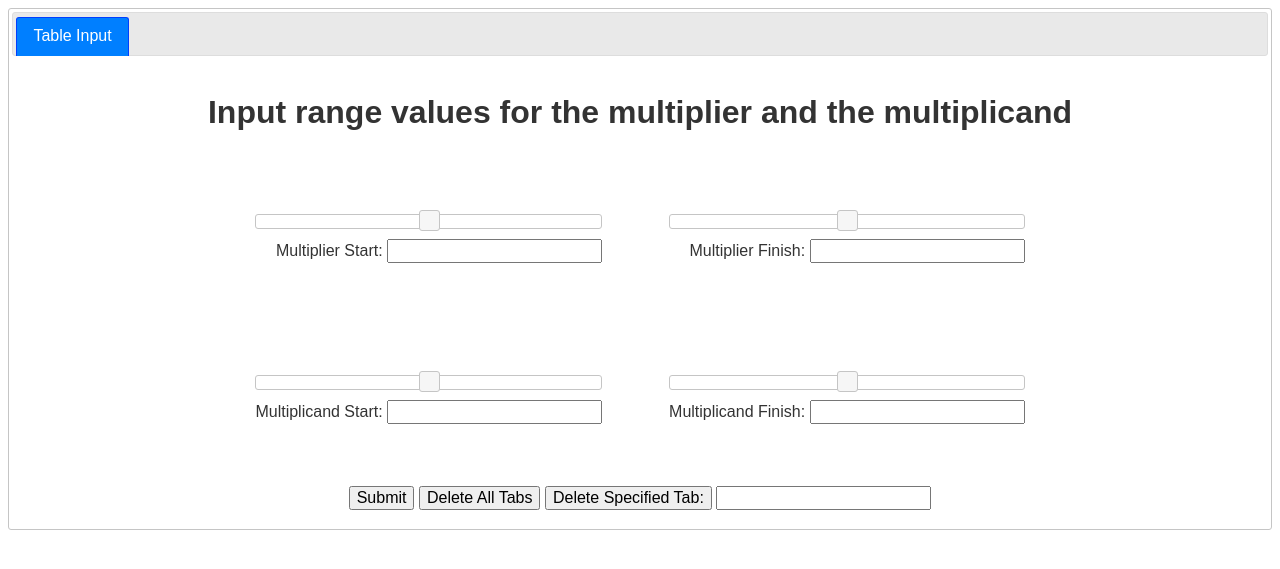
Repository: khrasna/HW4Part2
Page: index.html
These files come from the project's save history. The page is drawn as it stood at one moment and after the next save; the edit follows.
The browser window is 1280 px wide. The pictures show the whole page.
Some web libraries are served in a nearby version.

Above is the page before, as saved 2021-11-22 14:48:16.

### index.html
<!-- HTML file for Assignment 3
By Karsten Hrasna  email Karsten_Hrasna@student.uml.edu-->
<!DOCTYPE html>
<html>

<head>
    <title>Multiplication Table</title>
    <link rel="stylesheet" href="style.css">
    <script type="text/javascript" src="https://ajax.googleapis.com/ajax/libs/jquery/3.5.1/jquery.min.js"></script>
    <script type="text/javascript" src="dist/jquery.validate.min.js"></script>
    <script type="text/javascript" src="formvalidate.js"></script>
    <script type="text/javascript"
        src="https://ajax.googleapis.com/ajax/libs/jqueryui/1.11.4/jquery-ui.min.js"></script>
    <link rel="stylesheet" href="https://ajax.googleapis.com/ajax/libs/jqueryui/1.11.4/themes/smoothness/jquery-ui.css">
</head>

<body>

    <div id="tabs">
        <ul>
            <li><a href='#tab1'>Table Input</a></li>
        </ul>
        <div id="tab1">
            <h1>Input range values for the multiplier and the multiplicand</h1>
            <!-- Learned from W3schools. Creates a form which takes number ranges for multiplier and multiplicand. -->
            <form id="FormInput" action="javascript:void(0);" method="get">
                <!--Learned about javascript:void(0) from Dutchie432 at https://stackoverflow.com/questions/1818249/form-with-no-action-and-where-enter-does-not-reload-page-->
                <table>
                    <tr>

                        <td class="pad">
                            <div id="slider-1" class="refresh"></div>
                            Multiplier Start: <input input="text" class="refresh" name="MultiplierStart">
                        </td>

                        <td>
                            <div id="slider-2" class="refresh"></div>
                            Multiplier Finish: <input type="text" class="refresh" name="MultiplierFinish">
                        </td>
                    </tr>
                    <tr>
                        <td class="pad">
                            <div id="slider-3" class="refresh"></div>
                            Multiplicand Start: <input type="text" class="refresh" name="MultiplicandStart">
                        </td>

                        <td>
                            <div id="slider-4" class="refresh"></div>
                            Multiplicand Finish: <input type="text" class="refresh" name="MultiplicandFinish">
                        </td>
                    </tr>
                </table>
                <input type="submit" value="Submit">
                <input type="button" name="clear" value="Delete All Tabs">
                <input type="button" name="clearx" value="Delete Specified Tab:">
                <input type="text" name="clearinput">
                <!--goes directly under form and processes the input to create a mult table-->
            </form>
        </div>
    </div>


</body>

</html>

### style.css
/*Created by Karsten Hrasna. email: Karsten_Hrasna@student.uml.edu*/
html,
body {
    height: 97%;
    text-align: center;
}

#slider-1,
#slider-2,
#slider-3,
#slider-4 {
    margin-bottom: 10px;
    margin-top: 10px;
}

div#tab1 {
    display: grid;
    grid-template-columns: 100%;
    /* top row of grid holds the form for input, the rest of page holds the multiplication table*/
    grid-template-rows: auto;
    height: 97%;

}

#multTable {
    margin: auto;
    border-collapse: separate;
    border-spacing: 0;
    /*the dynamically sized multiplication table */
    margin-top: 0px;
    border-bottom: 0px;

}

input[type=submit] {
    /* submit button under form spaced here */
    margin-top: 10px;
    margin-bottom: 0px;
}

#multTable td,
th {
    border: solid;
    border-color: black;
    min-width: 70px;
    font-size: 30px;
    height: 70px;
}


#multTable th {
    position: sticky;
    top: 0px;
    border-right: solid;
    border-right-color: white;
    border-bottom: solid;
    border-bottom-color: white;
    background-color: black;
    color: white;

}

#multTable th:first-child {
    position: sticky;
    top: 70px;
    left: 0;
}


.sticky {
    position: fixed;
    top: 0px;
    /* get the headers to stay fixed on mult table */
    width: 100%;
}

#multTable tr:first-child th:first-child {
    border: none;
    background-color: white;
}

#multTable p.inputError {
    margin: 0px;
}

form {
    margin-bottom: 0px;
}

table {
    margin-left: auto;
    margin-right: auto;
}

form td {
    text-align: right;
    justify-content: right;
    padding: 50px;
    /*line up the input form textboxes*/
}

form p {
    margin: 0px;
}

td.pad {
    padding-right: 15px;
}

### formvalidate.js
var tabs;

$(function () {
    $("#tabs").tabs();

    $("#slider-1").slider({
        min: -50, //initialize the four sliders to set the values of their respective input boxes
        max: 50,
        slide: function (event, ui) {
            $('input[name="MultiplierStart"]').val(ui.value);
        }
    });
    $("#slider-2").slider({
        min: -50,
        max: 50,
        slide: function (event, ui) {
            $('input[name="MultiplierFinish"]').val(ui.value);
        }
    });
    $("#slider-3").slider({
        min: -50,
        max: 50,
        slide: function (event, ui) {
            $('input[name="MultiplicandStart"]').val(ui.value);
        }
    });
    $("#slider-4").slider({
        min: -50,
        max: 50,
        slide: function (event, ui) {
            $('input[name="MultiplicandFinish"]').val(ui.value);
        }
    });

    $('input[name="MultiplierStart"]').on('keyup', function () { //if the input boxes values are changed, set the slider to that value
        $("#slider-1").slider("option", "value", $('input[name="MultiplierStart"]').val());
    });

    $('input[name="MultiplierFinish"]').on('keyup', function () {
        $("#slider-2").slider("option", "value", $('input[name="MultiplierFinish"]').val());
    });

    $('input[name="MultiplicandStart"]').on('keyup', function () {
        $("#slider-3").slider("option", "value", $('input[name="MultiplicandStart"]').val());
    });

    $('input[name="MultiplicandFinish"]').on('keyup', function () {
        $("#slider-4").slider("option", "value", $('input[name="MultiplicandFinish"]').val());
    });


    $.validator.addMethod("less", function (value, element, params) {
        if (params[0].value == "") {
            return true; // dont want it to say that the start has to be greater than finish if no finish given. instead it will say to give finish value in other error
        } else {
            return this.optional(element) || +value <= +params[0].value;

        } //checks to make sure that the starts are less than the finishes, learned from
    }); // https://jqueryvalidation.org/jQuery.validator.addMethod/

    $.validator.addMethod("checkval", function (value, element) {
        if (value == "") {
            return true; // dont want it to say that the start has to be greater than finish if no finish given. instead it will say to give finish value in other error
        } else {
            return this.optional(element) || +value > 1;

        } //checks to make sure that the starts are less than the finishes, learned from
    });


    $("#FormInput").validate({
        //this makes it so the validator updates the error messages whenever new input is typed.
        //learned about onkeyup at https://www.sitepoint.com/jquery-validation-validate-form-submit/
        rules: {
            MultiplierStart: {
                range: [-50, 50],
                less: $('input[name="MultiplierFinish"]'),
                required: true

            },
            MultiplierFinish: { //rules for form input. makes sure the numbers are in range, and that the fields have input in them.
                required: true,
                range: [-50, 50]
            },

            MultiplicandStart: {
                range: [-50, 50],
                less: $('input[name="MultiplicandFinish"]'),
                required: true
            },

            MultiplicandFinish: {
                range: [-50, 50],
                required: true
            }
        },

        messages: {
            MultiplierStart: {
                required: "Multiplier Start must be a digit between -50 and 50",
                range: "The range of Multiplier Start must stay within -50 and 50",
                less: "The value of Multiplier Start must be less than or equal to Multiplier Finish."
            },

            MultiplierFinish: {
                required: "Multiplier Finish must be a digit between -50 and 50",
                range: "The range of Multiplier Finish must stay within -50 and 50",
            },

            MultiplicandStart: {
                required: "Multiplicand Start must be a digit between -50 and 50",
                range: "The range of Multiplicand Start must stay within -50 and 50",
                less: "The value of Multiplicand Start must be less than or equal to Multiplicand Finish."
            },

            MultiplicandFinish: {
                required: "Multiplicand Finish must be a digit between -50 and 50",
                range: "The range of Multiplicand Finish must stay within -50 and 50",
            }


        },

        errorPlacement: function (error, element) {
            $(error).appendTo($(('#FormInput'))); //place the errors below the form
        },
        errorElement: "p"

    });

    $(".refresh").on("input", function () {
        console.log(1);
    });

    $(".refresh").on("slide", function () {
        console.log(2);
    });


    $('input[type="submit"]').on('click', function () { //check if form is valid and process table if true
        $('input[name="clearinput"]').rules('remove');
        if ($("#FormInput").valid()) {
            process();
        }
    });



    $('input[name="clear"]').on("click", function () { //clear all tabs except main tab
        for (var i = 2; i <= tabs; i++) {
            $("#tabs").find("li:not(:first)").remove();
            $("#tabs").tabs('refresh');
        }
        tabs = 1;
    });

    $('input[name="clearx"]').on("click", function () { //clear a specified tab with a range of 2 - number of tabs
        console.log(tabs);
        console.log($("#FormInput").validate().settings.rules);
        $('input[name="clearinput"]').rules('add', {
            digits: true,
            required: true,
            range: [2, tabs],
            checkval: true,

            messages: {
                digits: "Please make your specified tab to be deleted contain only numbers within the indicated range.",
                range: "Please choose a tab between 2 and " + tabs,
                checkval: "Please enter a tab value which is greater than 1.",
                required: "Please enter a value for the Delete Specified Tab value."
            }
        });

        if ($('input[name="clearinput"]').valid()) { //if the specified tab to be removed is valid then remove it
            var removetab = $('input[name="clearinput"]').val();
            $("#tabs").find("li:nth-child(" + removetab + ")").remove();
            $("#tabs").tabs('refresh');

            if (tabs > 1) {
                tabs -= 1;
            }
        }

    })

});

function process() {
    var multStart = $('input[name="MultiplierStart"]').val();
    var multFinish = $('input[name="MultiplierFinish"]').val();
    var multiplicandStart = $('input[name="MultiplicandStart"]').val();
    var multiplicandFinish = $('input[name="MultiplicandFinish"]').val();

    //clear old table and create a table with size based on input given
    const rowVals = [];
    const colVals = []; //these will hold the values of the multiplier and multiplicand
    var rows = multFinish - multStart;
    var cols = multiplicandFinish - multiplicandStart;
    tabs = $("#tabs ul li").length + 1; //number of tabs, learned from https://stackoverflow.com/questions/14702631/in-jquery-ui-1-9-how-do-you-create-new-tabs-dynamically
    for (var i = 0; i <= cols; i++) {
        colVals[i] = (+multiplicandStart + +i); //save the values of the numbers being multiplied
    }
    for (var i = 0; i <= rows; i++) {
        rowVals[i] = (+multStart + +i);
    }
    var table = createTable(rows, cols, rowVals, colVals); //create table based on total rows and cols, and top and left are the sets of multipliers and multiplicands
    table.id = "multTable";
    //adds list item to tab list with parameters as title
    $("#tabs ul").append("<li><a href='#tab" + tabs + "'>" + multStart + " " + multFinish + " " + multiplicandStart + " " + multiplicandFinish + "</a></li>");
    $("#tabs").append("<div id='tab" + tabs + "'></div>"); //also learned from https://stackoverflow.com/questions/14702631/in-jquery-ui-1-9-how-do-you-create-new-tabs-dynamically
    $("#tab" + tabs).append(table); //adds the table to a new tab
    $("#tabs").tabs("refresh");

}

function createTable(rows, cols, rowVals, colVals) {
    var t = document.createElement('table');
    for (var x = 0; x <= rows + 1; x++) { // rows and cols + 1 to indicate ranges of numbers
        var r = document.createElement('tr');
        t.appendChild(r);
        for (var y = 0; y <= cols + 1; y++) { //creates the cols of the table row by row
            if (y == 0) {
                var c = document.createElement('th'); //create and insert element based on position in table
                c.id = "topHeader";
                if (x != 0) {
                    c.innerHTML = rowVals[x - 1]; // - 1 because it is moved over 1 to the right
                }
            } else if (x == 0) {
                var c = document.createElement('th');
                if (y != 0) {
                    c.innerHTML = colVals[y - 1];
                }
            } else {
                var c = document.createElement('td');
                c.innerHTML = rowVals[x - 1] * colVals[y - 1];
                if (((y % 2) + (x % 2)) == 0 || ((y % 2) + (x % 2)) == 2) { // checker board effect
                    c.style.backgroundColor = "gray";
                }
            }
            r.appendChild(c);
        }
    }
    return t;
}

Loaded but not shown: dist/jquery.validate.min.js (library)

After the next save:
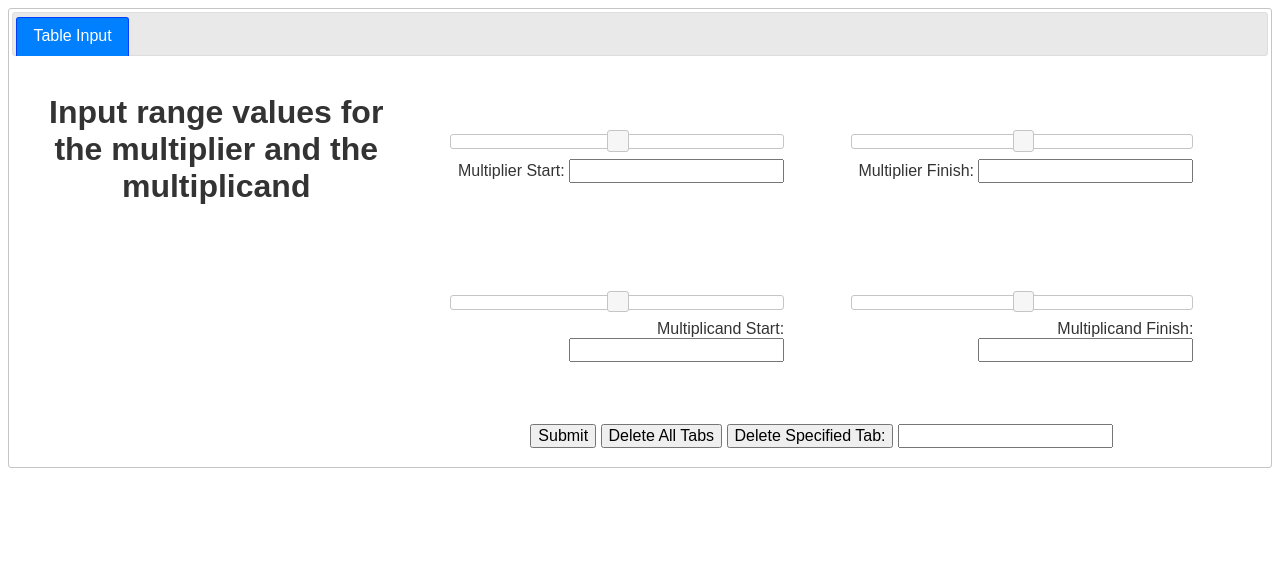
Saved 91 min 11 s later.
--- a/style.css
+++ b/style.css
@@ -15,7 +15,7 @@ body {
 
 div#tab1 {
     display: grid;
-    grid-template-columns: 100%;
+    grid-template-columns: 30% auto;
     /* top row of grid holds the form for input, the rest of page holds the multiplication table*/
     grid-template-rows: auto;
     height: 97%;
